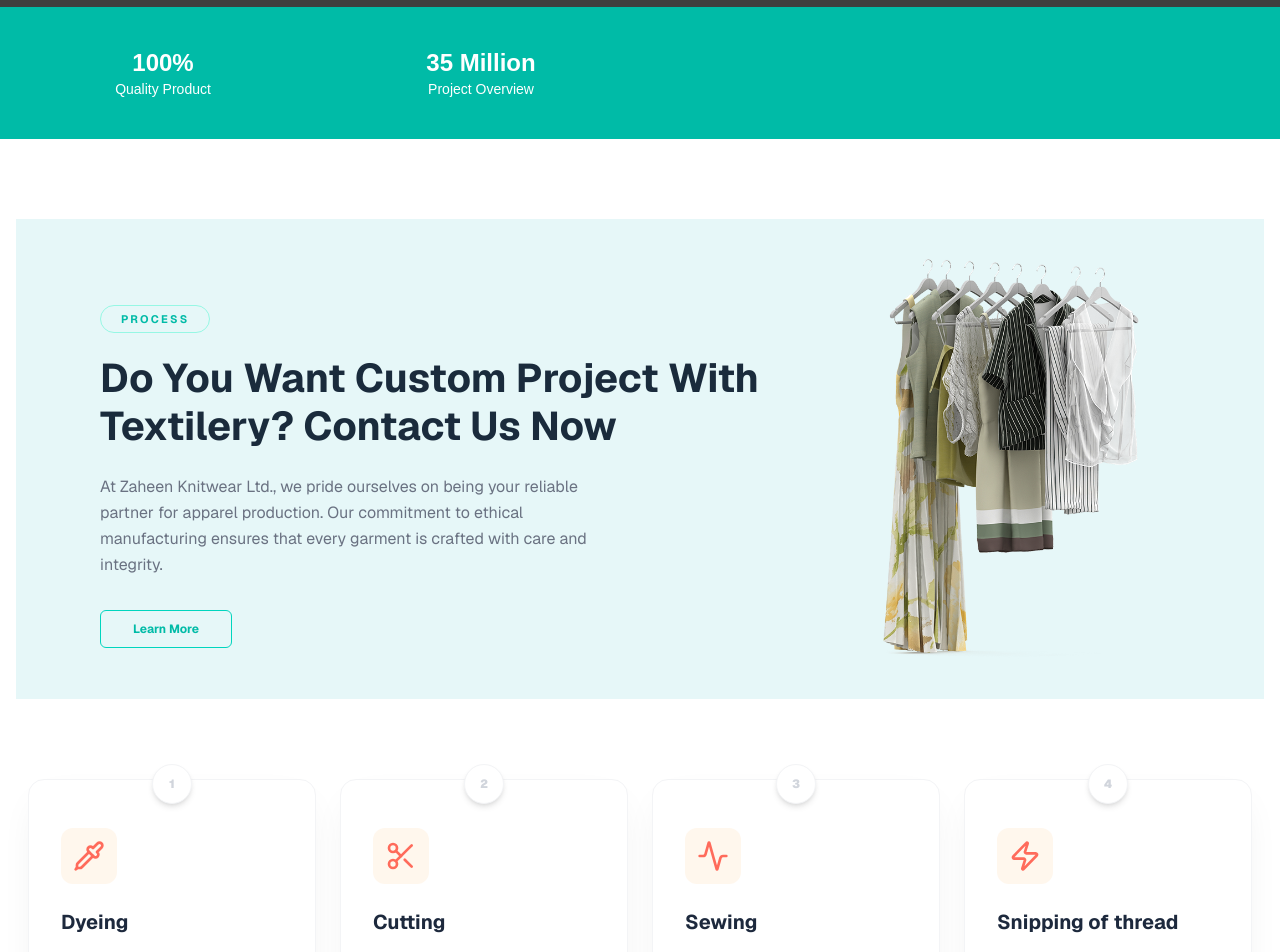
Repository: mdmuhibullahhabib/fullstack-assessment
Page: /
The author's editor kept a copy of each file at every save. The page is drawn from the files as they stood at one save, then again after the next save.
The browser window is 1280 px wide. The pictures show the part of the page from y = 571 to 1523 px (the page is 3025 px tall).
Pictures or frames that could not be fetched are drawn as grey boxes. The project was rebuilt for these pictures with package versions that can differ from the ones it lists, and the page was loaded fresh each time. The framework's server and built-in components were replaced by stand-ins that run in the browser. Also part of the build but not shown: next.config.mjs.

Above is the page before, as saved 2025-12-27 10:03:53.

### src/app/layout.js
import { Geist, Geist_Mono } from "next/font/google";
import "./globals.css";
import Navbar from "@/components/shared/Navbar";
import Footer from "@/components/shared/Footer";

const geistSans = Geist({
  variable: "--font-geist-sans",
  subsets: ["latin"],
});

const geistMono = Geist_Mono({
  variable: "--font-geist-mono",
  subsets: ["latin"],
});

export const metadata = {
  title: "Create Next App",
  description: "Generated by create next app",
};

export default function RootLayout({ children }) {
  return (
    <html lang="en">
      <body
        className={`${geistSans.variable} ${geistMono.variable} antialiased`}
      >
        <Navbar/>
        {children}
        <Footer/>
      </body>
    </html>
  );
}

### src/app/page.js
import Apparel from "@/components/home/Apparel";
import CustomProcess from "@/components/home/CustomProcess";
import Hero from "@/components/home/hero";
import Stats from "@/components/home/Stats";


export default function Home() {
  return (
    <>
      <Hero />
      <Stats />
      <CustomProcess />
      <Apparel />
    </>
  );
}

### src/components/shared/Navbar.jsx
"use client";

import Link from "next/link";
import { Menu, X, ShoppingCart, User } from "lucide-react";
import { useState } from "react";

export default function Navbar() {
  const [open, setOpen] = useState(false);

  return (
    <header className="w-full">
      {/* ===== Top Bar ===== */}
      <div className="bg-teal-500 text-white text-sm">
        <div className="max-w-7xl mx-auto flex justify-between items-center px-4 py-2">
          <p>📍 Kashimpur, Gazipur Sadar / Gazipur</p>
          <div className="flex items-center gap-4">
            <span>📞 +880 01713-027875</span>
            <div className="flex gap-2">
              <span>f</span>
              <span>x</span>
              <span>▶</span>
              <span>📷</span>
            </div>
          </div>
        </div>
      </div>

      {/* ===== Main Navbar ===== */}
      <div className="bg-white shadow">
        <div className="max-w-7xl mx-auto flex items-center justify-between px-4 py-4">

          {/* Logo */}
          <Link href="/" className="flex items-center gap-2">
            <div className="w-10 h-10 bg-green-500 rounded flex items-center justify-center text-white font-bold">
              Z
            </div>
            <span className="font-bold text-lg text-gray-800">
              Company
            </span>
          </Link>

          {/* Desktop Menu */}
          <nav className="hidden md:flex items-center gap-8 text-gray-700 font-medium">
            <Link href="/">Home</Link>
            <Link href="/about">About Us</Link>
            <Link href="/services">Our Services</Link>
            <Link href="/products">Our Products</Link>
            <Link href="/blogs">Blogs</Link>
          </nav>

          {/* Right Actions */}
          <div className="hidden md:flex items-center gap-4">
            <ShoppingCart className="cursor-pointer" />
            <div className="w-8 h-8 bg-red-500 rounded-full flex items-center justify-center text-white">
              M
            </div>
            <Link
              href="/contact"
              className="bg-orange-500 text-white px-4 py-2 rounded"
            >
              Contact Us
            </Link>
          </div>

          {/* Mobile Menu Button */}
          <button
            onClick={() => setOpen(!open)}
            className="md:hidden"
          >
            {open ? <X /> : <Menu />}
          </button>
        </div>

        {/* ===== Mobile Menu ===== */}
        {open && (
          <div className="md:hidden bg-white border-t">
            <nav className="flex flex-col gap-4 px-4 py-4 text-gray-700">
              <Link href="/">Home</Link>
              <Link href="/about">About Us</Link>
              <Link href="/services">Our Services</Link>
              <Link href="/products">Our Products</Link>
              <Link href="/blogs">Blogs</Link>

              <div className="flex items-center gap-4 pt-4">
                <ShoppingCart />
                <User />
                <Link
                  href="/contact"
                  className="bg-orange-500 text-white px-4 py-2 rounded"
                >
                  Contact Us
                </Link>
              </div>
            </nav>
          </div>
        )}
      </div>
    </header>
  );
}

### src/components/shared/Footer.jsx
import Image from "next/image";
import Link from "next/link";

export default function Footer() {
  return (
    <footer className="bg-[#f8f8f8] border-t">
      <div className="max-w-7xl mx-auto px-4 py-12">

        {/* ===== Top Section ===== */}
        <div className="grid grid-cols-1 md:grid-cols-4 gap-10">

          {/* Logo & Contact */}
          <div className="space-y-4">
            <div className="flex items-center gap-3">
              <Image src="/logo.png" alt="logo" width={48} height={48} />
              <Image src="/logo2.png" alt="logo2" width={48} height={48} />
            </div>

            <p className="text-sm text-gray-600 flex gap-2">
              📍 29 SE 2nd Ave, Miami, FL 33131, United States
            </p>
            <p className="text-sm text-gray-600">
              ✉ info@zaheen.com
            </p>
            <p className="text-sm font-semibold">
              📞 (+92) 3942 7879
            </p>
          </div>

          {/* Pages */}
          <div>
            <h4 className="font-semibold mb-4 uppercase text-sm">Pages</h4>
            <ul className="space-y-2 text-sm text-gray-600">
              <li><Link href="#">About Us</Link></li>
              <li><Link href="#">Our Services</Link></li>
              <li><Link href="#">Our Products</Link></li>
            </ul>
          </div>

          {/* Information */}
          <div>
            <h4 className="font-semibold mb-4 uppercase text-sm">Information</h4>
            <ul className="space-y-2 text-sm text-gray-600">
              <li><Link href="#">My Account</Link></li>
              <li><Link href="#">Corporate Enquiries</Link></li>
              <li><Link href="#">FAQs</Link></li>
            </ul>
          </div>
        </div>

        {/* ===== Payment Channels (SAME ROW STYLE) ===== */}
        <div className="mt-10">
          <h4 className="font-semibold text-sm mb-4">PAYMENT CHANNELS</h4>

          <div className="flex flex-wrap gap-3">
            {[
              "visa",
              "mastercard",
              "amex",
              "bKash",
              "nagad",
              "rocket",
              "upay",
              "tap",
              "citybank",
              "bracbank",
              "easternbank",
              "standardchartered",
            ].map((logo) => (
              <div
                key={logo}
                className="bg-white border rounded-md px-4 py-2 flex items-center justify-center"
              >
                <Image
                  src={`/payments/${logo}.png`}
                  alt={logo}
                  width={48}
                  height={28}
                  className="object-contain"
                />
              </div>
            ))}
          </div>
        </div>

        {/* ===== Bottom Bar ===== */}
        <div className="border-t mt-10 pt-6 flex flex-col md:flex-row justify-between items-center gap-4 text-sm text-gray-600">

          <p>
            Copyright ©{" "}
            <span className="text-orange-500 font-medium">
              360D Soul Limited
            </span>{" "}
            2025. All rights reserved.
          </p>

          <div className="flex gap-4 text-lg">
            <span>f</span>
            <span>x</span>
            <span>📷</span>
          </div>

          <div className="flex gap-4">
            <Link href="#">Terms & Condition</Link>
            <Link href="#">Privacy & Policy</Link>
            <Link href="#">Refund Policy</Link>
          </div>
        </div>

      </div>
    </footer>
  );
}

### src/components/home/Apparel.jsx
export default function Apparel() {
  const products = [
    {
      name: "Denim Jacket",
      price: "$10.00",
      img: "https://images.unsplash.com/photo-1520975916090-3105956dac38",
    },
    {
      name: "Hoodie",
      price: "$12.00",
      img: "https://images.unsplash.com/photo-1520974735194-6c9c0c13ed3d",
    },
    {
      name: "T-Shirt",
      price: "$8.00",
      img: "https://images.unsplash.com/photo-1583743814966-8936f5b7be1a",
    },
  ];

  return (
    <section className="bg-gray-50 py-16">
      <div className="max-w-7xl mx-auto px-4">
        <h2 className="text-2xl font-bold mb-8">Our Apparels</h2>

        <div className="grid sm:grid-cols-2 md:grid-cols-3 gap-6">
          {products.map((p, i) => (
            <div key={i} className="bg-white border rounded overflow-hidden">
              <img src={p.img} className="h-56 w-full object-cover" />
              <div className="p-4">
                <h3 className="font-semibold">{p.name}</h3>
                <p className="text-sm text-gray-600">{p.price}</p>
                <button className="mt-3 w-full bg-teal-500 text-white py-2 rounded">
                  Add to Cart
                </button>
              </div>
            </div>
          ))}
        </div>
      </div>
    </section>
  );
}

### src/components/home/CustomProcess.jsx
"use client"
import Image from "next/image";
import { Scissors, Pipette, Zap, Activity, Repeat, ClipboardCheck, Box } from "lucide-react";
import bgImage from "../../../public/home/ProcessImage-1.png";
import rightImage from "../../../public/home/ProcessImage-2.png";

export default function CustomProcess() {
    const steps = [
        { number: 1, title: "Dyeing", desc: "Adding color to biodegradable materials.", icon: <Pipette className="w-8 h-8 text-[#FF6B5B]" /> },
        { number: 2, title: "Cutting", desc: "Eco-friendly clothing items for all shapes and sizes.", icon: <Scissors className="w-8 h-8 text-[#FF6B5B]" /> },
        { number: 3, title: "Sewing", desc: "Vouching for the ultimate sturdiness and durability of the fabric.", icon: <Activity className="w-8 h-8 text-[#FF6B5B]" /> },
        { number: 4, title: "Snipping of thread", desc: "A neat edge, a soft and smooth finish.", icon: <Zap className="w-8 h-8 text-[#FF6B5B]" /> },
        { number: 5, title: "Ironing", desc: "Ironing it before shipping.", icon: <Repeat className="w-8 h-8 text-[#FF6B5B]" /> },
        { number: 6, title: "Checking", desc: "Going through each clothing piece to ensure supreme quality standards are met.", icon: <ClipboardCheck className="w-8 h-8 text-[#FF6B5B]" /> },
        { number: 7, title: "Package", desc: "Folding and packing with the utmost care.", icon: <Box className="w-8 h-8 text-[#FF6B5B]" /> },
    ];

    return (
        <section className="bg-white py-20 px-4 font-sans">
            <div className="max-w-7xl mx-auto">

                {/* ===== TOP SECTION ===== */}
                <div className="relative bg-[#E6F7F8] overflow-hidden flex flex-col md:flex-row items-stretch mb-20 min-h-[450px]">

                    {/* Left Content Box (White with bgImage and Torn Edge) */}
                    <div
                        className="relative z-20 w-full md:w-[60%] p-10 mt-9 md:pl-5 md:p-1 flex flex-col justify-center items-start "
                        style={{
                            backgroundImage: `url(${bgImage})`,
                            backgroundSize: "cover",
                            backgroundPosition: "center",
                        }}
                    >
                        <div
                        className="ml-16 "
                        >
                            <div className="mb-6">
                                <span className="px-5 py-1.5 rounded-full border border-teal-200 text-teal-500 text-[11px] font-bold uppercase tracking-[0.2em]">
                                    Process
                                </span>
                            </div>

                            <h3 className="text-3xl md:text-[40px] font-bold text-[#1a2b3c] leading-[1.2] mb-6">
                                Do You Want Custom Project With Textilery? Contact Us Now
                            </h3>

                            <p className="text-gray-500 text-sm md:text-base leading-relaxed max-w-lg mb-8">
                                At Zaheen Knitwear Ltd., we pride ourselves on being your reliable partner for
                                apparel production. Our commitment to ethical manufacturing ensures that
                                every garment is crafted with care and integrity.
                            </p>

                            <button className="border-[1.5px] border-teal-400 text-teal-500 px-8 py-2.5 rounded-md font-bold text-xs hover:bg-teal-500 hover:text-white transition-all">
                                Learn More
                            </button>
                        </div>
                    </div>

                    {/* Right Content (Image of hanging clothes) */}
                    <div className="w-full md:w-[40%] relative flex items-center justify-center py-10">
                        <div className="relative w-[85%] h-[400px]">
                            <Image
                                src={rightImage}
                                alt="Clothing Preview"
                                fill
                                className="object-contain"
                                priority
                            />
                        </div>
                    </div>
                </div>

                {/* ===== PROCESS STEPS GRID ===== */}
                <div className="flex flex-wrap justify-center gap-6">
                    {steps.map((step, index) => (
                        <div
                            key={step.number}
                            className={`
                relative bg-white p-8 pt-12 rounded-2xl shadow-[0_15px_40px_-15px_rgba(0,0,0,0.1)]
                border border-gray-100 flex flex-col items-start transition-all hover:-translate-y-2
                w-full sm:w-[calc(50%-1.5rem)] lg:w-[calc(25%-1.5rem)]
                ${index >= 4 ? 'lg:translate-y-2' : ''}
              `}
                        >
                            {/* Step Number Circle */}
                            <div className="absolute -top-4 left-1/2 -translate-x-1/2 w-10 h-10 bg-white border border-gray-100 shadow-md rounded-full flex items-center justify-center text-xs font-black text-gray-300">
                                {step.number}
                            </div>

                            <div className="mb-6 bg-orange-50 p-3 rounded-xl">
                                {step.icon}
                            </div>

                            <h3 className="text-xl font-bold text-slate-800 mb-3">
                                {step.title}
                            </h3>
                            <p className="text-[14px] text-gray-500 leading-relaxed">
                                {step.desc}
                            </p>
                        </div>
                    ))}
                </div>

            </div>
        </section>
    );
}

### src/components/home/hero.jsx
export default function Hero() {
  return (
    <section className="relative bg-black text-white">
      <img
        src="https://images.unsplash.com/photo-1520975916090-3105956dac38"
        className="absolute inset-0 w-full h-full object-cover opacity-40"
      />

      <div className="relative max-w-7xl mx-auto px-4 py-28 grid md:grid-cols-2 gap-10">
        <div>
          <p className="text-sm uppercase mb-3 text-teal-400">
            Textile & Garments
          </p>
          <h1 className="text-4xl md:text-5xl font-bold mb-5">
            High-Quality Garments. <br /> Ethically Made.
          </h1>
          <p className="text-gray-300 mb-6">
            We manufacture premium garments using ethical and sustainable
            practices.
          </p>

          <div className="flex gap-4">
            <button className="bg-orange-500 px-6 py-3 rounded">
              Explore
            </button>
            <button className="border px-6 py-3 rounded">
              Contact Us
            </button>
          </div>
        </div>
      </div>
    </section>
  );
}

### src/components/home/Stats.jsx
export default function Stats() {
  const stats = [
    { title: "Quality Product", value: "100%" },
    { title: "Project Overview", value: "35 Million" },
  ];

  return (
    <section className="bg-teal-500 text-white">
      <div className="max-w-7xl mx-auto px-4 py-10 grid grid-cols-2 md:grid-cols-4 gap-6 text-center">
        {stats.map((s, i) => (
          <div key={i}>
            <h3 className="text-2xl font-bold">{s.value}</h3>
            <p className="text-sm">{s.title}</p>
          </div>
        ))}
      </div>
    </section>
  );
}

Loaded but not shown: src/app/globals.css (common file)

After the next save:
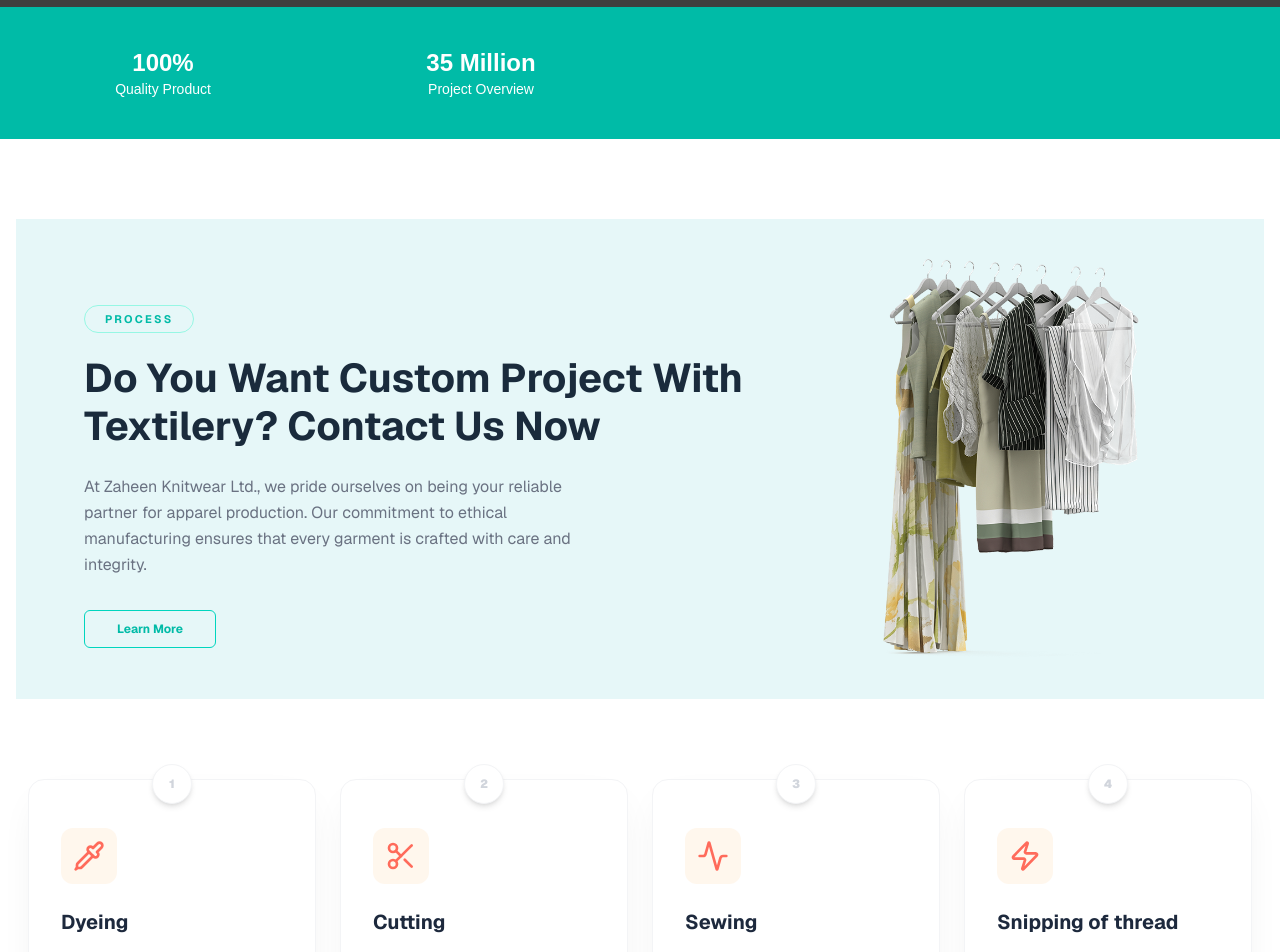
Saved 95 s later.
--- a/src/components/home/CustomProcess.jsx
+++ b/src/components/home/CustomProcess.jsx
@@ -24,7 +24,7 @@
 
                     {/* Left Content Box (White with bgImage and Torn Edge) */}
                     <div
-                        className="relative z-20 w-full md:w-[60%] p-10 mt-9 md:pl-5 md:p-1 flex flex-col justify-center items-start "
+                        className="relative z-20 w-full md:w-[60%] p-10 mt-9 md:pl- md:p-1 flex flex-col justify-center items-start "
                         style={{
                             backgroundImage: `url(${bgImage})`,
                             backgroundSize: "cover",

After the save that followed:
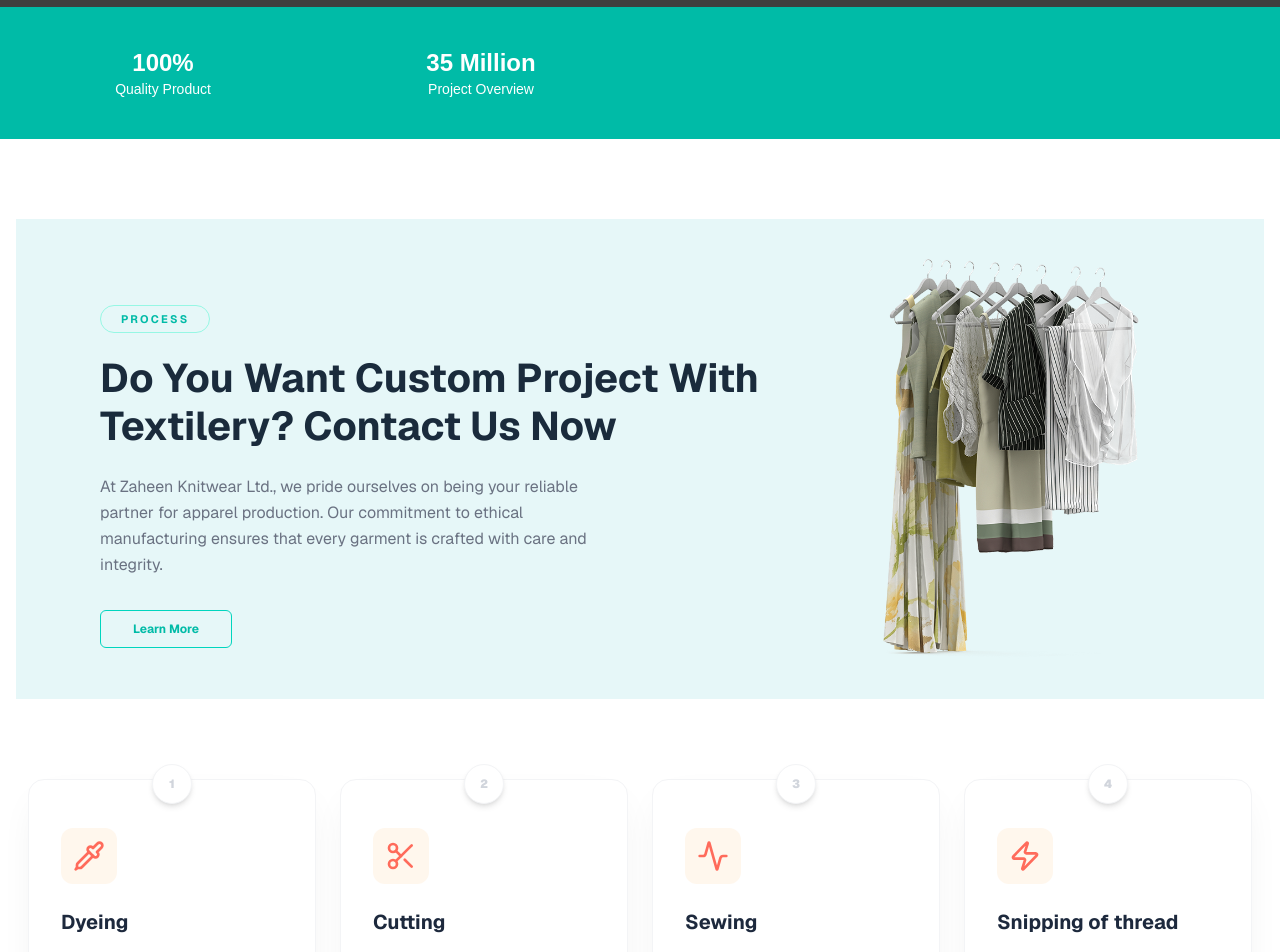
Saved 9 s later.
--- a/src/components/home/CustomProcess.jsx
+++ b/src/components/home/CustomProcess.jsx
@@ -24,7 +24,7 @@
 
                     {/* Left Content Box (White with bgImage and Torn Edge) */}
                     <div
-                        className="relative z-20 w-full md:w-[60%] p-10 mt-9 md:pl- md:p-1 flex flex-col justify-center items-start "
+                        className="relative z-20 w-full md:w-[60%] p-10 mt-9 md:pl-5 md:p-1 flex flex-col justify-center items-start "
                         style={{
                             backgroundImage: `url(${bgImage})`,
                             backgroundSize: "cover",
